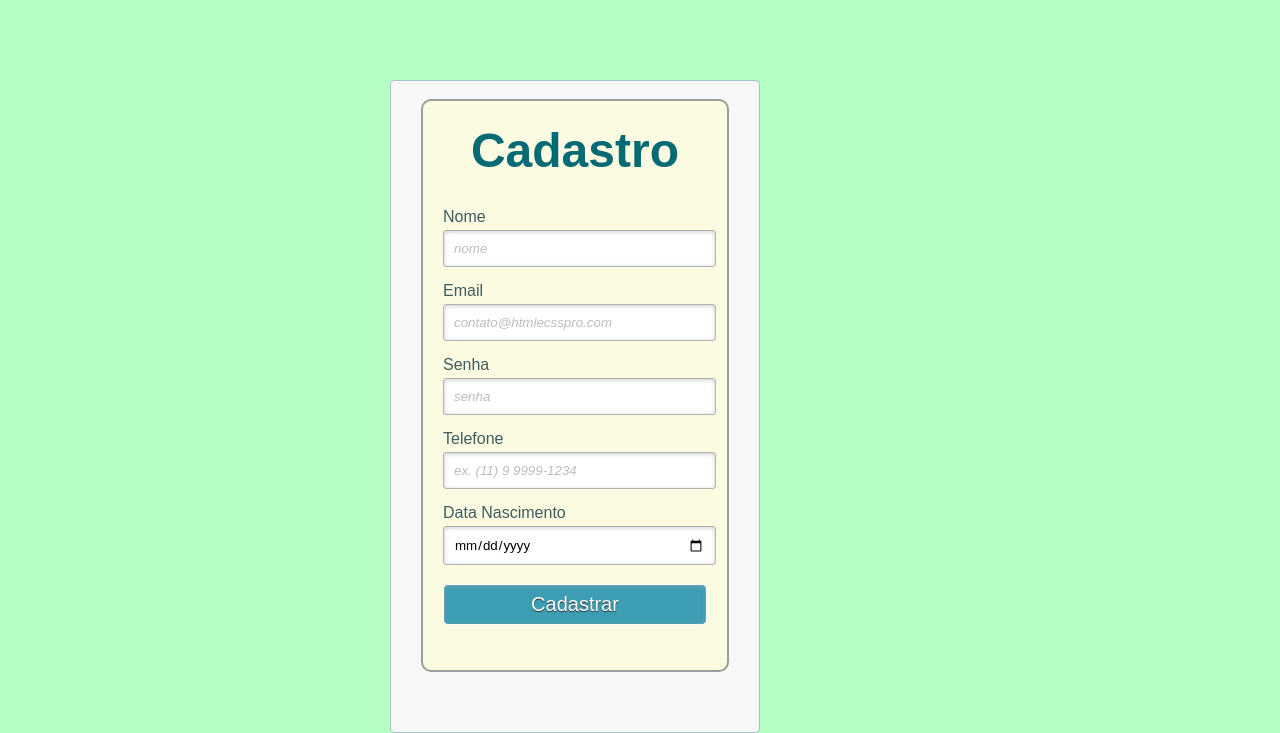
Repository: DavidCostaMariano/gsjava
Page: http://localhost/GsJava/form/formCadastro.jsp
The author's editor kept a copy of each file at every save. The page is drawn from the files as they stood at one save, then again after the next save.
The browser window is 1280 px wide. The pictures show the whole page.
The page is served by Tomcat 9. Other server files are loaded and not shown.

Above is the page before, as saved 2023-11-15 16:00:35.

### GsJava/src/main/webapp/form/formCadastro.jsp
<%@ page language="java" contentType="text/html; charset=UTF-8"
	pageEncoding="UTF-8"%>
<!DOCTYPE html>
<html>
	<meta charset="ISO-8859-1">
	<title>Insert title here</title>
	<meta name="viewport" content="width=device-width, initial-scale=1.0">
	<link rel="stylesheet" type="text/css" href="../css/estilo.css" />
</head>
<body>

	<div class="container">
		<div class="content">
			<!--FORMULÁRIO DE CADASTRO-->
			<div id="cadastro">
				<form action="">
					<h1>Cadastro</h1>

					<p>
						<label for="nome">Nome</label>
						<input id="nome" name="nome" required="required" type="text" placeholder="nome" />
					</p>

					<p>
						<label for="email">Email</label>
						<input id="email" name="email" required="required" type="email" placeholder="contato@htmlecsspro.com" />
					</p>

					<p>
						<label for="senha">Senha</label>
						<input id="senha" name="senha" required="required" type="password" placeholder="senha" />
					</p>

					<p>
						<label for="fone">Telefone</label>
						<input id="fone" name="fone" required="required" type="text" placeholder="ex. (11) 9 9999-1234" />
					</p>

					<p>
						<label for="data">Data Nascimento</label>
						<input id="data" name="data" required="required" type="date"
							placeholder="ex. 10/06/1990" />
					</p>

					<p>
						<input type="submit" value="Cadastrar" />
					</p>

				</form>
			</div>
		</div>
	</div>

</body>
</html>

### GsJava/src/main/webapp/css/estilo.css
@charset "ISO-8859-1";

body {
    height: 100vh;
    background-color: #54ff776e!important;
}

*,
*:before,
*:after {
    margin: 0;
    padding: 0;
    font-family: Arial, sans-serif;
}

/* remove a linha dos links */
a {
    text-decoration: none;
}

/* esconde as ancoras da tela */
a.links {
    display: none;
}
form{
    border: 2px #9c9c9c solid;
    border-radius: 10px;
    padding: 20px;
    background-color: #fdffc06e;
}
.container {
    height: 100%;
    display: flex;
    justify-content: center;
    align-items: center;
}

.content {
    width: 500px;
    min-height: 560px;
    margin: 0px auto;
    position: relative;
}

h1 {
    font-size: 48px;
    color: #066a75;
    padding: 2px 0 10px 0;
    font-family: Arial, sans-serif;
    font-weight: bold;
    text-align: center;
    padding-bottom: 30px;
}

/* h1:after {
    content: ' ';
    display: block;
    width: 100%;
    height: 2px;
    margin-top: 10px;
    background: -webkit-linear-gradient(left, rgba(147, 184, 189, 0) 0%, rgba(147, 184, 189, 0.8) 20%, rgba(147, 184, 189, 1) 53%, rgba(147, 184, 189, 0.8) 79%, rgba(147, 184, 189, 0) 100%);
    background: linear-gradient(left, rgba(147, 184, 189, 0) 0%, rgba(147, 184, 189, 0.8) 20%, rgba(147, 184, 189, 1) 53%, rgba(147, 184, 189, 0.8) 79%, rgba(147, 184, 189, 0) 100%);
}
 */
p {
    margin-bottom: 15px;
}

.content p:first-child {
    margin: 0px;
}

label {
    color: #405c60;
    position: relative;
}

/* placeholder */
::-webkit-input-placeholder {
    color: #bebcbc;
    font-style: italic;
}

input:-moz-placeholder,
textarea:-moz-placeholder {
    color: #bebcbc;
    font-style: italic;
}

input {
    outline: none;
}

/*estilo dos input,  menos o checkbox */
input:not([type="checkbox"]) {
    width: 95%;
    margin-top: 4px;
    padding: 10px;
    border: 1px solid #b2b2b2;

    -webkit-border-radius: 3px;
    border-radius: 3px;

    -webkit-box-shadow: 0px 1px 4px 0px rgba(168, 168, 168, 0.6) inset;
    box-shadow: 0px 1px 4px 0px rgba(168, 168, 168, 0.6) inset;

    -webkit-transition: all 0.2s linear;
    transition: all 0.2s linear;
}

/*estilo do botão submit */
input[type="submit"] {
    width: 100% !important;
    cursor: pointer;
    background: rgb(61, 157, 179);
    padding: 8px 5px;
    color: #fff;
    font-size: 20px;
    border: 1px solid #fff;
    margin-bottom: 10px;
    text-shadow: 0 1px 1px #333;

    -webkit-border-radius: 5px;
    border-radius: 5px;

    transition: all 0.2s linear;
}

/*estilo do botão submit no hover */
input[type="submit"]:hover {
    background: #4ab3c6;
}

.link {
    position: absolute;
    background: #e1eaeb;
    color: #7f7c7c;
    left: 0px;
    height: 20px;
    width: 440px;
    padding: 17px 30px 20px 30px;
    font-size: 16px;
    text-align: right;
    border-top: 1px solid #dbe5e8;

    -webkit-border-radius: 0 0 5px 5px;
    border-radius: 0 0 5px 5px;
}

.link a {
    font-weight: bold;
    background: #f7f8f1;
    padding: 6px;
    color: rgb(29, 162, 193);
    margin-left: 10px;
    border: 1px solid #cbd518;

    -webkit-border-radius: 4px;
    border-radius: 4px;

    -webkit-transition: all 0.4s linear;
    transition: all 0.4s linear;
}

.link a:hover {
    color: #39bfd7;
    background: #f7f7f7;
    border: 1px solid #4ab3c6;
}

#cadastro,
#login {
    position: absolute;
    padding: 18px 6% 60px 6%;
    margin: 0 0 35px 0;
    background: #f7f7f7;
    border: 1px solid rgba(147, 184, 189, 0.8);
    border-radius: 5px;
}

/* Efeito ao clicar no botão ( Ir para Login ) */
#paracadastro:target~.content #cadastro,
#paralogin:target~.content #login {
    z-index: 2;
    -webkit-animation-name: fadeInLeft;
    animation-name: fadeInLeft;

    -webkit-animation-delay: .1s;
    animation-delay: .1s;
}

/* Efeito ao clicar no botão ( Cadastre-se ) */
#registro:target~.content #login,
#paralogin:target~.content #cadastro {
    -webkit-animation-name: fadeOutLeft;
    animation-name: fadeOutLeft;
}

/*fadeInLeft*/
@-webkit-keyframes fadeInLeft {
    0% {
        opacity: 0;
        -webkit-transform: translateX(-20px);
    }

    100% {
        opacity: 1;
        -webkit-transform: translateX(0);
    }
}

@keyframes fadeInLeft {
    0% {
        opacity: 0;
        transform: translateX(-20px);
    }

    100% {
        opacity: 1;
        transform: translateX(0);
    }
}

/*fadeOutLeft*/
@-webkit-keyframes fadeOutLeft {
    0% {
        opacity: 1;
        -webkit-transform: translateX(0);
    }

    100% {
        opacity: 0;
        -webkit-transform: translateX(-20px);
    }
}

@keyframes fadeOutLeft {
    0% {
        opacity: 1;
        transform: translateX(0);
    }

    100% {
        opacity: 0;
        transform: translateX(-20px);
    }
}

After the next save:
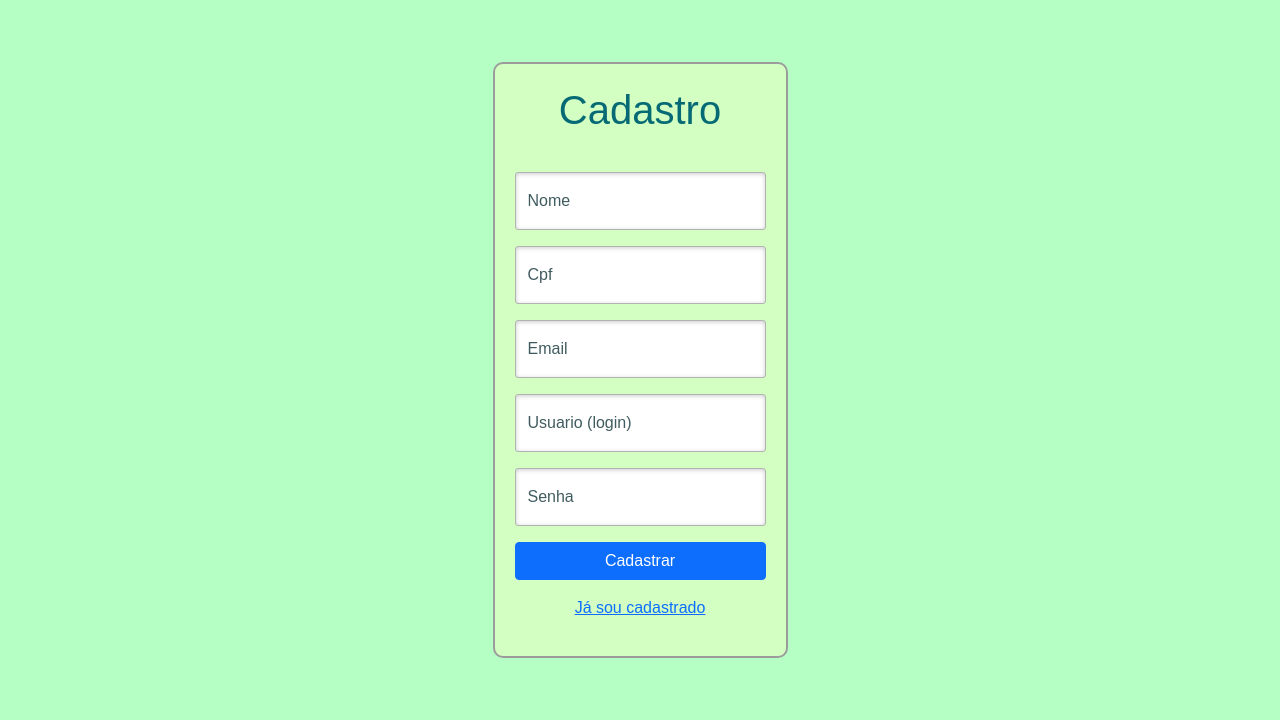
Saved 7 min 1 s later.
--- a/GsJava/src/main/webapp/form/formCadastro.jsp
+++ b/GsJava/src/main/webapp/form/formCadastro.jsp
@@ -6,50 +6,63 @@
 	<title>Insert title here</title>
 	<meta name="viewport" content="width=device-width, initial-scale=1.0">
 	<link rel="stylesheet" type="text/css" href="../css/estilo.css" />
+<link href="https://cdn.jsdelivr.net/npm/bootstrap@5.0.2/dist/css/bootstrap.min.css" rel="stylesheet"
+	integrity="sha384-EVSTQN3/azprG1Anm3QDgpJLIm9Nao0Yz1ztcQTwFspd3yD65VohhpuuCOmLASjC" crossorigin="anonymous">
 </head>
+
 <body>
 
 	<div class="container">
-		<div class="content">
-			<!--FORMULÁRIO DE CADASTRO-->
-			<div id="cadastro">
-				<form action="">
-					<h1>Cadastro</h1>
+		<!--FORMULÁRIO DE CADASTRO-->
+		<form action="">
+			<h1>Cadastro</h1>
 
+
+			<div class="form-floating mb-3">
+				<input type="text" class="form-control w-100" id="floatingInputNome" placeholder="nome">
+				<label for="floatingInputNome">Nome</label>
+			</div>
+
+			<div class="form-floating mb-3">
+				<input type="text" class="form-control w-100" id="floatingInputCpf" placeholder="12345678901">
+				<label for="floatingInputCpf">Cpf</label>
+			</div>
+
+			<div class="form-floating mb-3">
+				<input type="email" class="form-control w-100" id="floatingInputEmail" placeholder="name@example.com">
+				<label for="floatingInputEmail">Email</label>
+			</div>
+
+			<div class="form-floating mb-3">
+				<input type="text" class="form-control w-100" id="floatingInputUsuario" placeholder="MeuLogin">
+				<label for="floatingInputUsuario">Usuario (login)</label>
+			</div>
+
+			<div class="form-floating mb-3">
+				<input type="password" class="form-control w-100" id="floatingInputSenha" placeholder="MinhaSenha">
+				<label for="floatingInputSenha">Senha</label>
+			</div>
+
+			<div class="d-flex justify-content-center row">
+				<div class="col-12">
+
+					<button type="submit" class="btn btn-primary w-100">Cadastrar</button>
+				</div>
+				<div class="col-12 text-center pt-3">
 					<p>
-						<label for="nome">Nome</label>
-						<input id="nome" name="nome" required="required" type="text" placeholder="nome" />
+						<a href="../index.jsp">Já sou cadastrado</a>
 					</p>
 
-					<p>
-						<label for="email">Email</label>
-						<input id="email" name="email" required="required" type="email" placeholder="contato@htmlecsspro.com" />
-					</p>
+				</div>
+			</div>
 
-					<p>
-						<label for="senha">Senha</label>
-						<input id="senha" name="senha" required="required" type="password" placeholder="senha" />
-					</p>
-
-					<p>
-						<label for="fone">Telefone</label>
-						<input id="fone" name="fone" required="required" type="text" placeholder="ex. (11) 9 9999-1234" />
-					</p>
-
-					<p>
-						<label for="data">Data Nascimento</label>
-						<input id="data" name="data" required="required" type="date"
-							placeholder="ex. 10/06/1990" />
-					</p>
-
-					<p>
-						<input type="submit" value="Cadastrar" />
-					</p>
-
-				</form>
-			</div>
-		</div>
+		</form>
 	</div>
 
+	<script src="https://cdn.jsdelivr.net/npm/bootstrap@5.0.2/dist/js/bootstrap.bundle.min.js"
+		integrity="sha384-MrcW6ZMFYlzcLA8Nl+NtUVF0sA7MsXsP1UyJoMp4YLEuNSfAP+JcXn/tWtIaxVXM"
+		crossorigin="anonymous"></script>
+
 </body>
+
 </html>
